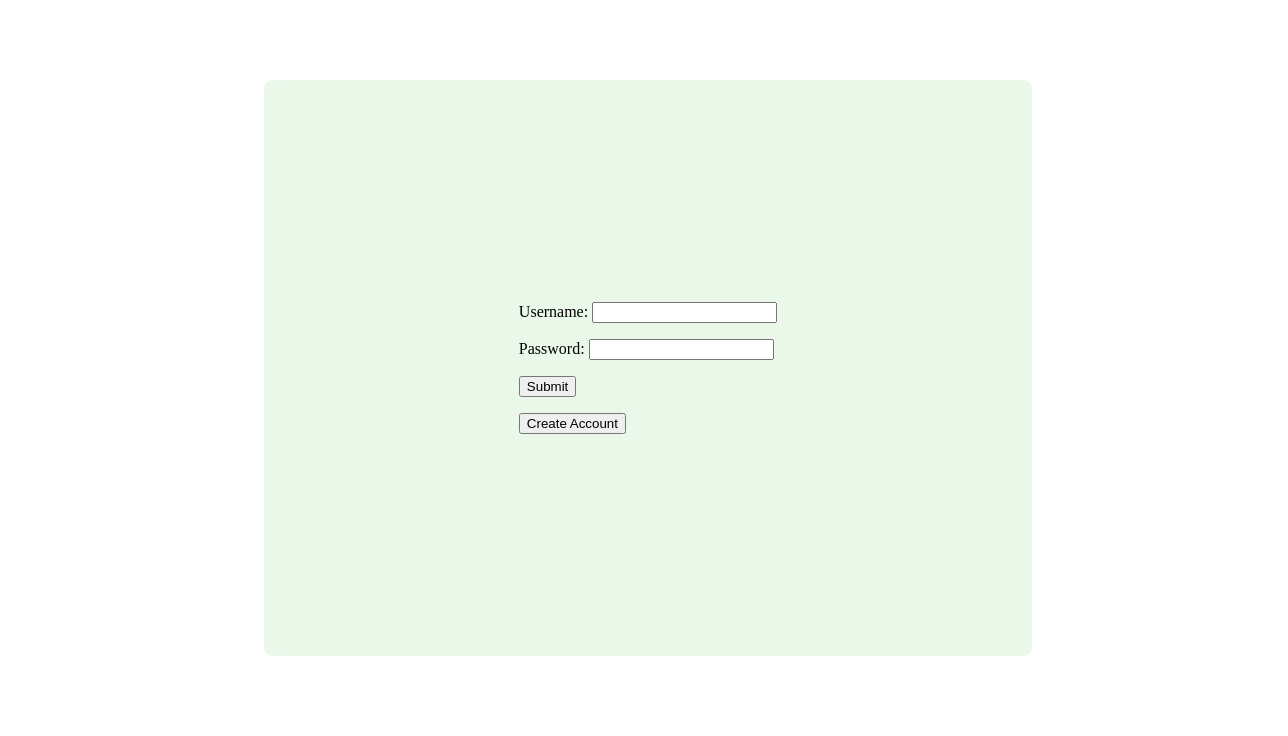
Repository: Jtho28/4830-group-project
Page: Esports-webproj/src/main/webapp/WEB-INF/Login.html
An editor plug-in stored every save of this project. The page is shown before and after the next save, followed by the edit.
The browser window is 1280 px wide. The page is 1288 px wide, so the pictures cover 1288 px, including what lies to the right of the window. The pictures show the whole page.
The pointer rests on the first visible `.login`.

Above is the page before, as saved 2022-11-16 20:55:36.

After the next save:
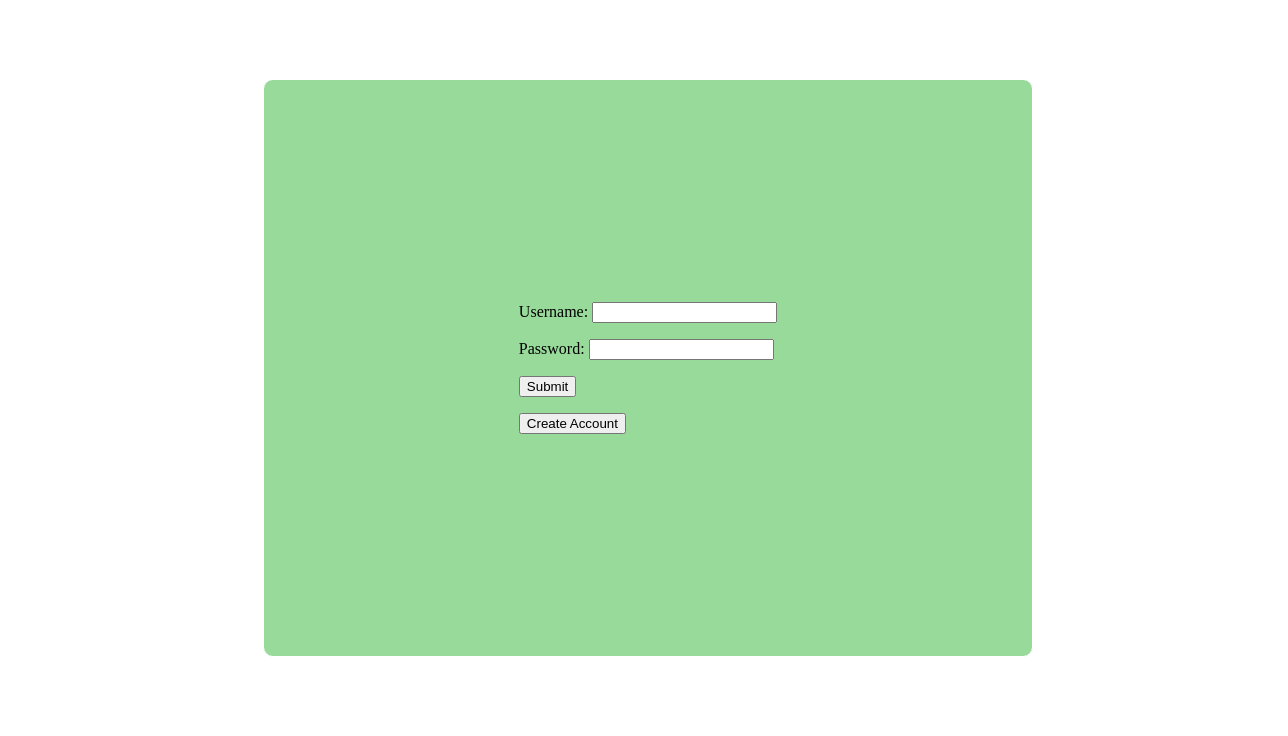
Saved 18 s later.
--- a/Esports-webproj/src/main/webapp/WEB-INF/login.css
+++ b/Esports-webproj/src/main/webapp/WEB-INF/login.css
@@ -21,7 +21,7 @@ body {
 	transition: ease all 0.5s;
 }
 .login:hover {
-	background: rgba(50, 181, 55, .1);
+	background: rgba(50, 181, 55, .5);
 }
 
 h1 {
